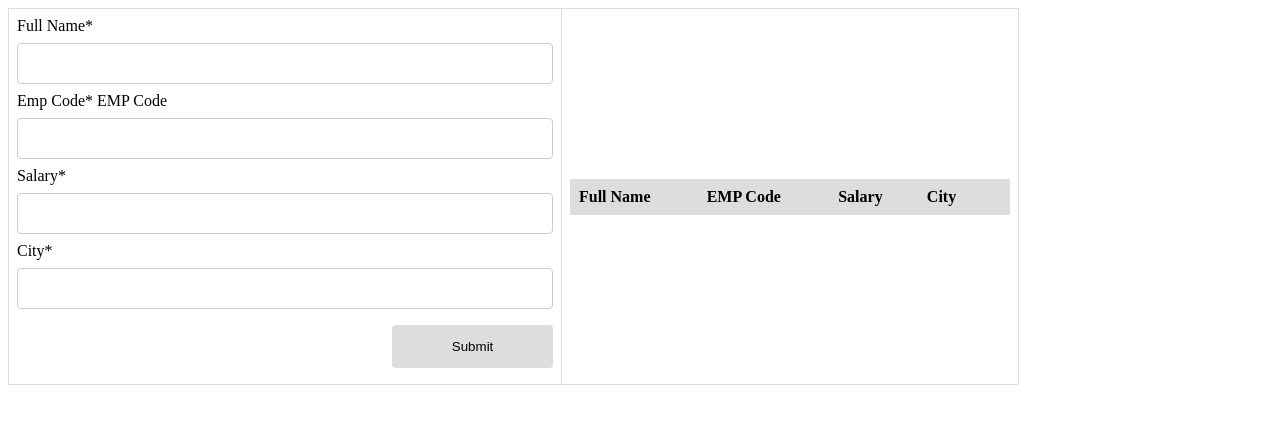
Repository: JohnRudolph1/CRUD-App
Page: index.html
These files come from the project's save history. The page is drawn as it stood at one moment and after the next save; the edit follows.
The browser window is 1280 px wide. The pictures show the whole page.

Above is the page before, as saved 2021-12-10 22:58:29.

### index.html
<!DOCTYPE html>
<html>

<head>
    <title>
        Html CRUD with Pure JavaScript
    </title>
    <link rel="stylesheet" href="stylles.css">
</head>

<body>
    <table>
        <tr>
            <td>
                <form onsubmit="event.preventDefault();onFormSubmit();" autocomplete="off">
                    <div>
                        <label>Full Name*</label><label class="validation-error hide" id="fullNameValidationError">This
                            field is required.</label>
                        <input type="text" name="fullName" id="fullName">
                    </div>
                    <div>
                        <label>Emp Code*</label><label class="validation-error hide" id="empCodeValidationError">This
                            field is required.</label>
                        <label>EMP Code</label>
                        <input type="text" name="empCode" id="empCode">
                    </div>
                    <div>
                        <label>Salary*</label><label class="validation-error hide" id="salaryValidationError">This
                            field is required.</label>

                        <input type="text" name="salary" id="salary">
                    </div>
                    <div>
                        <label>City*</label><label class="validation-error hide" id="cityValidationError">This
                            field is required.</label>

                        <input type="text" name="city" id="city">
                    </div>
                    <div class="form-action-buttons">
                        <input type="submit" value="Submit">
                    </div>
                </form>
            </td>
            <td>
                <table class="list" id="employeeList">
                    <thead>
                        <tr>
                            <th>Full Name</th>
                            <th>EMP Code</th>
                            <th>Salary</th>
                            <th>City</th>
                            <th></th>
                        </tr>
                    </thead>
                    <tbody>

                    </tbody>
                </table>
            </td>
        </tr>
    </table>
    <script src="script.js"></script>
</body>

</html>

### stylles.css
body > table {
  width: 80%;
}

table {
  border-collapse: collapse;
}
table.list {
  width: 100%;
}

td,
th {
  border: 1px solid #dddddd;
  text-align: left;
  padding: 8px;
}
tr:nth-child(even),
table.list thead > tr {
  background-color: #dddddd;
}

input[type="text"],
input[type="number"] {
  width: 100%;
  padding: 12px 20px;
  margin: 8px 0;
  display: inline-block;
  border: 1px solid #ccc;
  border-radius: 4px;
  box-sizing: border-box;
}

input[type="submit"] {
  width: 30%;
  background-color: #ddd;
  color: #000;
  padding: 14px 20px;
  margin: 8px 0;
  border: none;
  border-radius: 4px;
  cursor: pointer;
}

form div.form-action-buttons {
  text-align: right;
}

a {
  cursor: pointer;
  text-decoration: underline;
  color: #0000ee;
  margin-right: 4px;
}

label.validation-error {
  color: red;
  margin-left: 5px;
}

.hide {
  display: none;
}

### script.js
var selectedRow = null;

function onFormSubmit() {
  if (validate()) {
    var formData = readFormData();
    if (selectedRow == null) insertNewRecord(formData);
    else updateRecord(formData);
    resetForm();
  }
}

function readFormData() {
  var formData = {};
  formData["fullName"] = document.getElementById("fullName").value;
  formData["empCode"] = document.getElementById("empCode").value;
  formData["salary"] = document.getElementById("salary").value;
  formData["city"] = document.getElementById("city").value;
  return formData;
}

function insertNewRecord(data) {
  var table = document
    .getElementById("employeeList")
    .getElementsByTagName("tbody")[0];
  var newRow = table.insertRow(table.length);
  cell1 = newRow.insertCell(0);
  cell1.innerHTML = data.fullName;
  cell2 = newRow.insertCell(1);
  cell2.innerHTML = data.empCode;
  cell3 = newRow.insertCell(2);
  cell3.innerHTML = data.salary;
  cell4 = newRow.insertCell(3);
  cell4.innerHTML = data.city;
  cell4 = newRow.insertCell(4);
  cell4.innerHTML = `<a onClick="onEdit(this)">Edit</a>
                       <a onClick="onDelete(this)">Delete</a>`;
}

function resetForm() {
  document.getElementById("fullName").value = "";
  document.getElementById("empCode").value = "";
  document.getElementById("salary").value = "";
  document.getElementById("city").value = "";
  selectedRow = null;
}

function onEdit(td) {
  selectedRow = td.parentElement.parentElement;
  document.getElementById("fullName").value = selectedRow.cells[0].innerHTML;
  document.getElementById("empCode").value = selectedRow.cells[1].innerHTML;
  document.getElementById("salary").value = selectedRow.cells[2].innerHTML;
  document.getElementById("city").value = selectedRow.cells[3].innerHTML;
}
function updateRecord(formData) {
  selectedRow.cells[0].innerHTML = formData.fullName;
  selectedRow.cells[1].innerHTML = formData.empCode;
  selectedRow.cells[2].innerHTML = formData.salary;
  selectedRow.cells[3].innerHTML = formData.city;
}

function onDelete(td) {
  if (confirm("Are you sure to delete this record ?")) {
    row = td.parentElement.parentElement;
    document.getElementById("employeeList").deleteRow(row.rowIndex);
    resetForm();
  }
}
function validate() {
  isValid = true;
  if (document.getElementById("fullName").value == "") {
    isValid = false;
    document.getElementById("fullNameValidationError").classList.remove("hide");
  } else {
    isValid = true;
    if (
      !document
        .getElementById("empCodeValidationError")
        .classList.contains("hide")
    )
      document.getElementById("empCodeValidationError").classList.add("hide");
  }
  return isValid;
}
// function validate() {
//     isValid = true;
//     if (document.getElementById("salary").value == "") {
//       isValid = false;
//       document.getElementById("salaryValidationError").classList.remove("hide");
//     } else {
//       isValid = true;
//       if (
//         !document
//           .getElementById("salaryValidationError")
//           .classList.contains("hide")
//       )
//         document.getElementById("salaryValidationError").classList.add("hide");
//     }
//     return isValid;
//   }
//   function validate() {
//     isValid = true;
//     if (document.getElementById("city").value == "") {
//       isValid = false;
//       document.getElementById("cityValidationError").classList.remove("hide");
//     } else {
//       isValid = true;
//       if (
//         !document
//           .getElementById("cityValidationError")
//           .classList.contains("hide")
//       )
//         document.getElementById("cityValidationError").classList.add("hide");
//     }
//     return isValid;
//   }
//   function validate() {
//     isValid = true;
//     if (document.getElementById("fullName").value == "") {
//       isValid = false;
//       document.getElementById("fullNameValidationError").classList.remove("hide");
//     } else {
//       isValid = true;
//       if (
//         !document
//           .getElementById("fullNameValidationError")
//           .classList.contains("hide")
//       )
//         document.getElementById("fullNameValidationError").classList.add("hide");
//     }
//     return isValid;
//   }

After the next save:
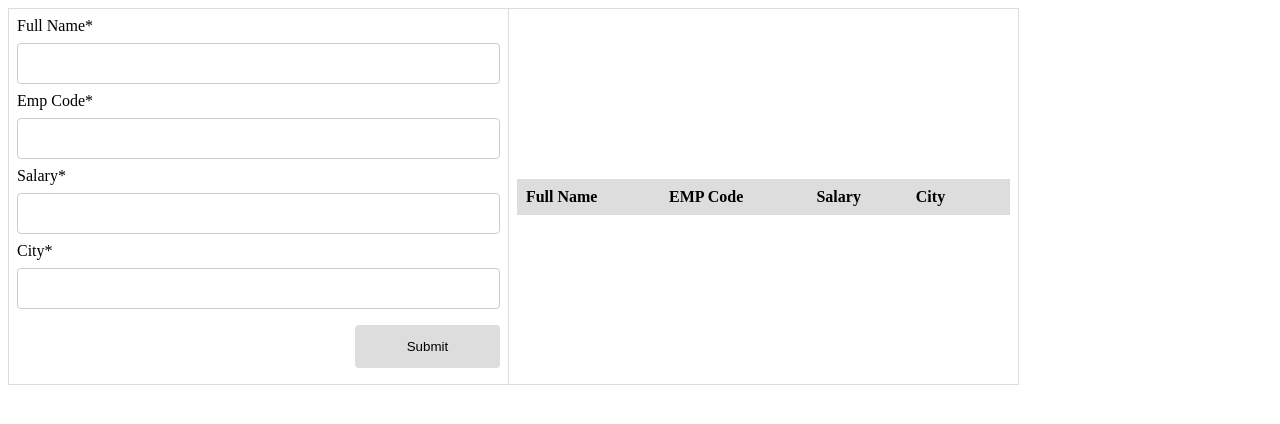
Saved 4 s later.
--- a/index.html
+++ b/index.html
@@ -21,7 +21,7 @@
                     <div>
                         <label>Emp Code*</label><label class="validation-error hide" id="empCodeValidationError">This
                             field is required.</label>
-                        <label>EMP Code</label>
+
                         <input type="text" name="empCode" id="empCode">
                     </div>
                     <div>
